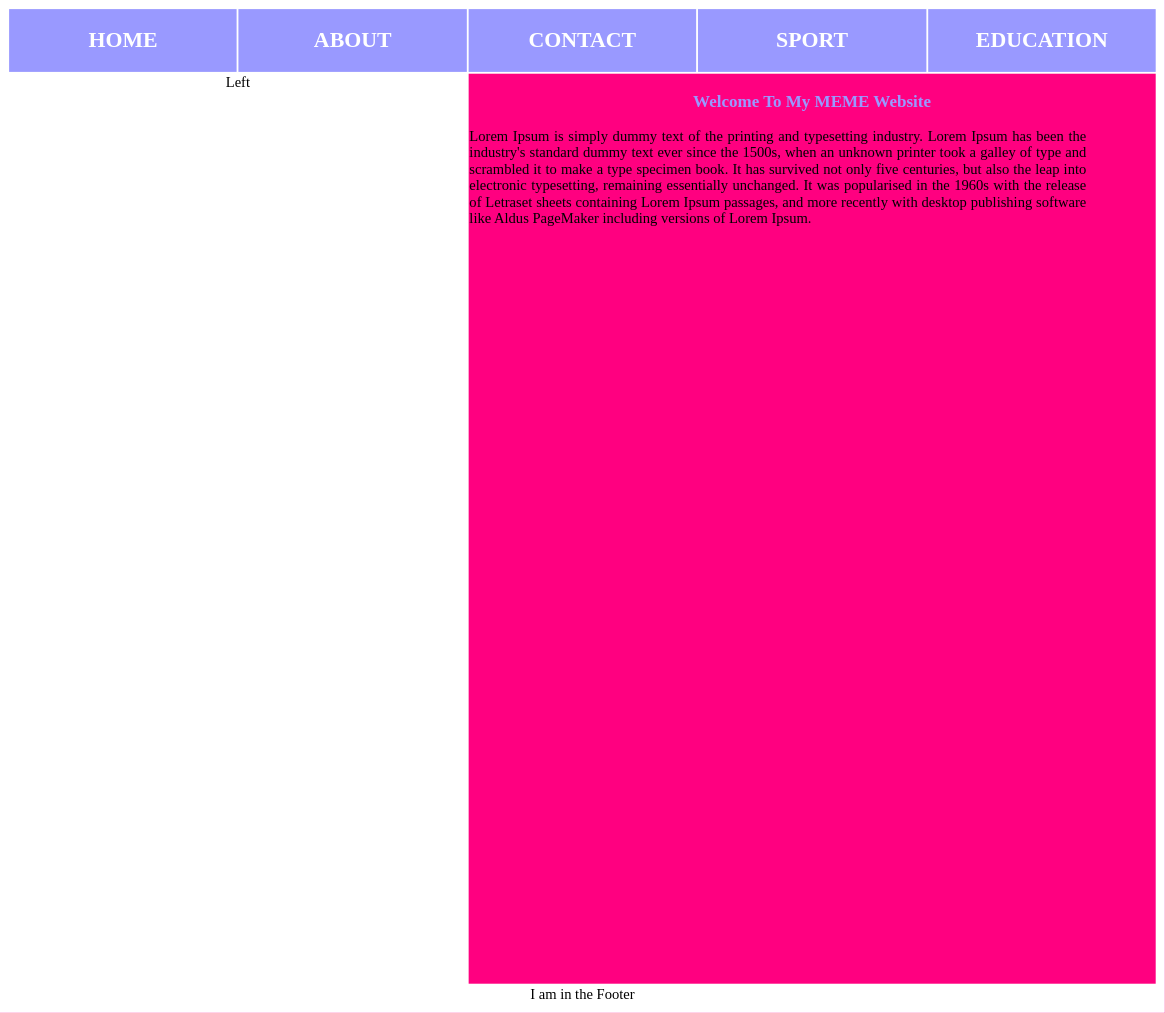
Repository: LiamMcC/webforDunboyne
Page: memewebsite/index.html
The author's editor kept a record of every edit. The page is drawn from the files as they stood at one moment, then again after the next edit.
The browser window is 1280 px wide. The pictures show the whole page, at 91% of full size.

Above is the page before.

### memewebsite/index.html
<!DOCTYPE html>
<html>
  <head>
    <meta charset="UTF-8">
    <title>CDM Meme Wonderfullness</title>
  </head>
  <body>

      <table style="width:100%;text-align:center;">
         <tr style="background-color:#9999ff; height: 50px;">
             <td style="width:20%"><h2 style="color:#ffffff">HOME</h2></td>
             <td style="width:20%"><h2 style="color:#ffffff">ABOUT</h2></td>
             <td style="width:20%"><h2 style="color:#ffffff">CONTACT</h2></td>
             <td style="width:20%"><h2 style="color:#ffffff">SPORT</h2></td>
            <td style="width:20%"><h2 style="color:#ffffff">EDUCATION</h2></td>


         </tr>

          <tr style="height:1000px;">
              <!-- Left menu -->
              <td colspan="2" style="background-color:#ffffff;vertical-align:top;">Left</td>

              <!-- Main content -->

              <td colspan="3" style="background-color:#ff0080;vertical-align: top;">

                  <h3  style="color:#9999ff">Welcome To My MEME Website</h3>

                  <p style="text-align:justify;width:90%">
                      Lorem Ipsum is simply dummy text of the printing and typesetting industry. Lorem Ipsum has been the industry's standard dummy text ever since the 1500s, when an unknown printer took a galley of type and scrambled it to make a type specimen book. It has survived not only five centuries, but also the leap into electronic typesetting, remaining essentially unchanged. It was popularised in the 1960s with the release of Letraset sheets containing Lorem Ipsum passages, and more recently with desktop publishing software like Aldus PageMaker including versions of Lorem Ipsum.

                  </p>

                  </td>
          </tr>

          <tr>
              <td colspan="5">I am in the Footer</td>


          </tr>



      </table>











  </body>
</html>

After the next edit:
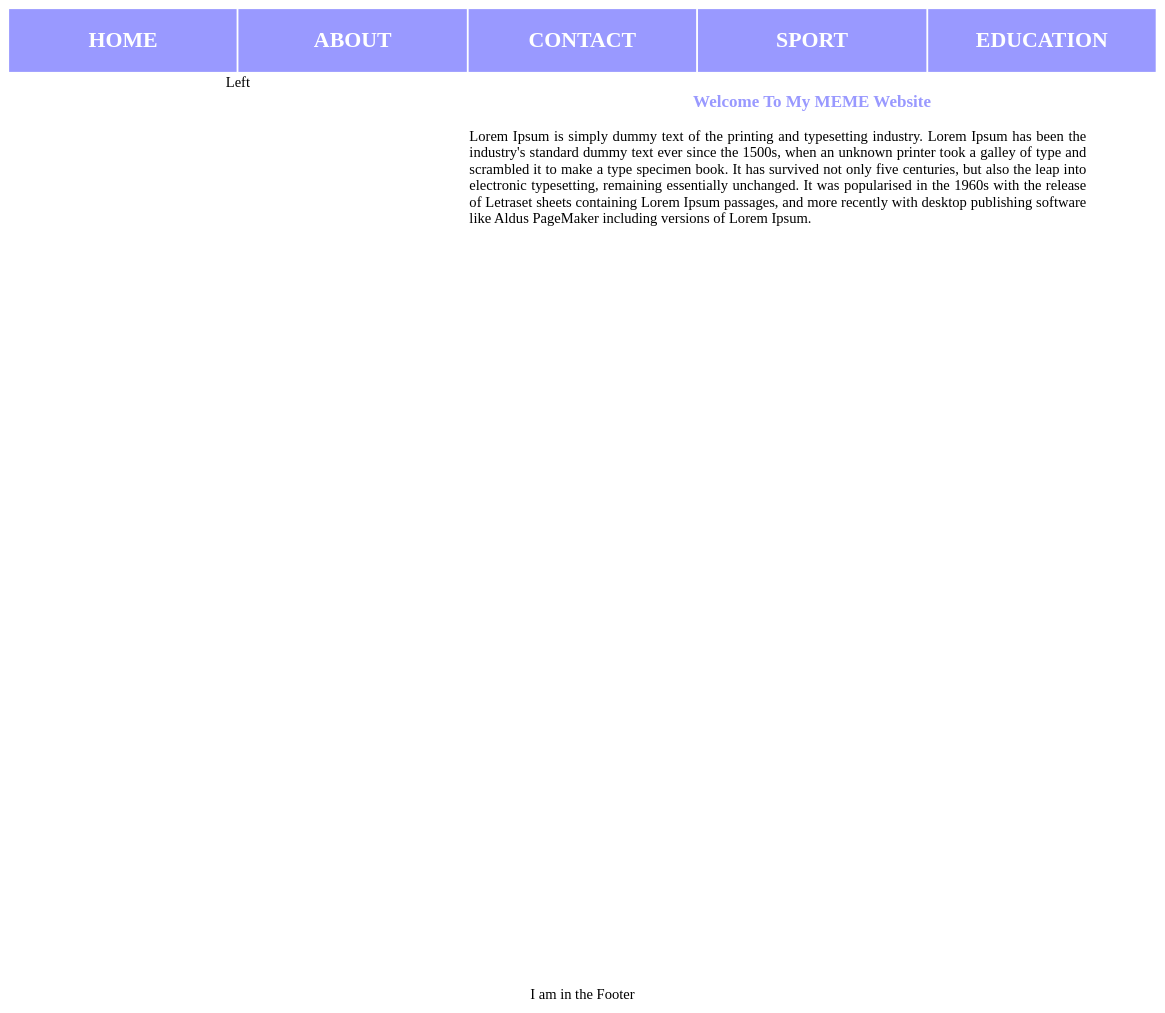
The edit:
--- a/memewebsite/index.html
+++ b/memewebsite/index.html
@@ -23,7 +23,7 @@
 
               <!-- Main content -->
 
-              <td colspan="3" style="background-color:#ff0080;vertical-align: top;">
+              <td colspan="3" style="background-color:#ffffff;vertical-align: top;">
 
                   <h3  style="color:#9999ff">Welcome To My MEME Website</h3>
 
